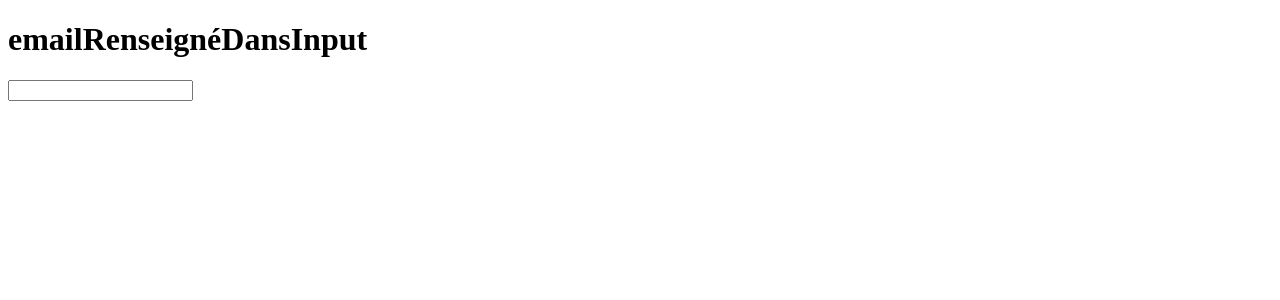
Repository: BillThePony/myApp1
Page: /
The author's editor kept a copy of each file at every save. The page is drawn from the files as they stood at one save, then again after the next save.
The browser window is 1280 px wide. The pictures show the whole page.
The project was rebuilt for these pictures with package versions that can differ from the ones it lists, and the page was loaded fresh each time. Also part of the build but not shown: angular.json, src/app/sign-up/sign-up.component.ts.

Above is the page before, as saved 2018-10-08 11:25:05.

### src/app/app.module.ts
import { BrowserModule } from "@angular/platform-browser";
import { NgModule } from "@angular/core";
import { FormsModule } from "@angular/forms";

import { AppComponent } from "./app.component";
import { SignUpComponent } from "./sign-up/sign-up.component";

@NgModule({
  declarations: [AppComponent, SignUpComponent],
  imports: [BrowserModule, FormsModule],
  providers: [],
  bootstrap: [AppComponent]
})
export class AppModule {}

### src/app/app.component.ts
import { Component } from "@angular/core";

@Component({
  selector: "app-root",
  templateUrl: "./app.component.html",
  styleUrls: ["./app.component.css"]
})
export class AppComponent {
  title = "myApp";

  yourEmail = [
    {
      name: "Z.H@gmail.com"
    }
  ];
}

### src/app/app.component.html
<h1>emailRenseignéDansInput</h1>
<input type="email" name="email" [(ngModel)]="yourEmail.name" />

Loaded but not shown: src/index.html (common file); src/styles.css (common file); src/main.ts (common file); src/environments/environment.ts (common file); src/app/app.component.css (no stored copy; drawn as an empty file)

After the next save:
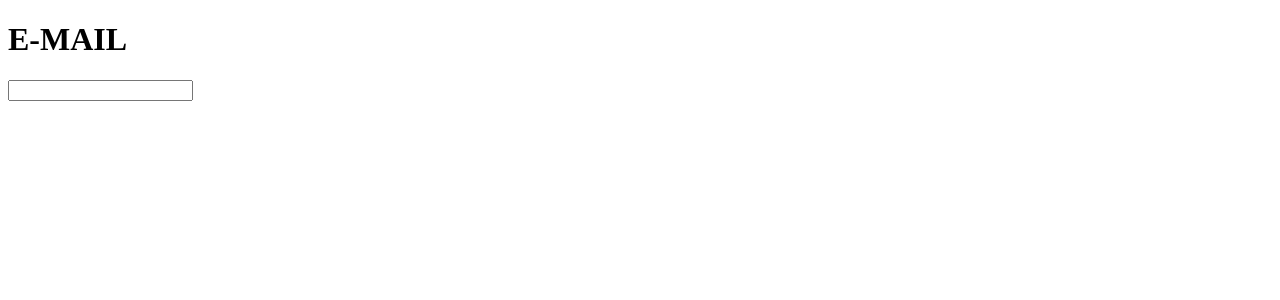
Saved 52 s later.
--- a/src/app/app.component.html
+++ b/src/app/app.component.html
@@ -1,2 +1,2 @@
-<h1>emailRenseignéDansInput</h1>
+<h1>E-MAIL</h1>
 <input type="email" name="email" [(ngModel)]="yourEmail.name" />
